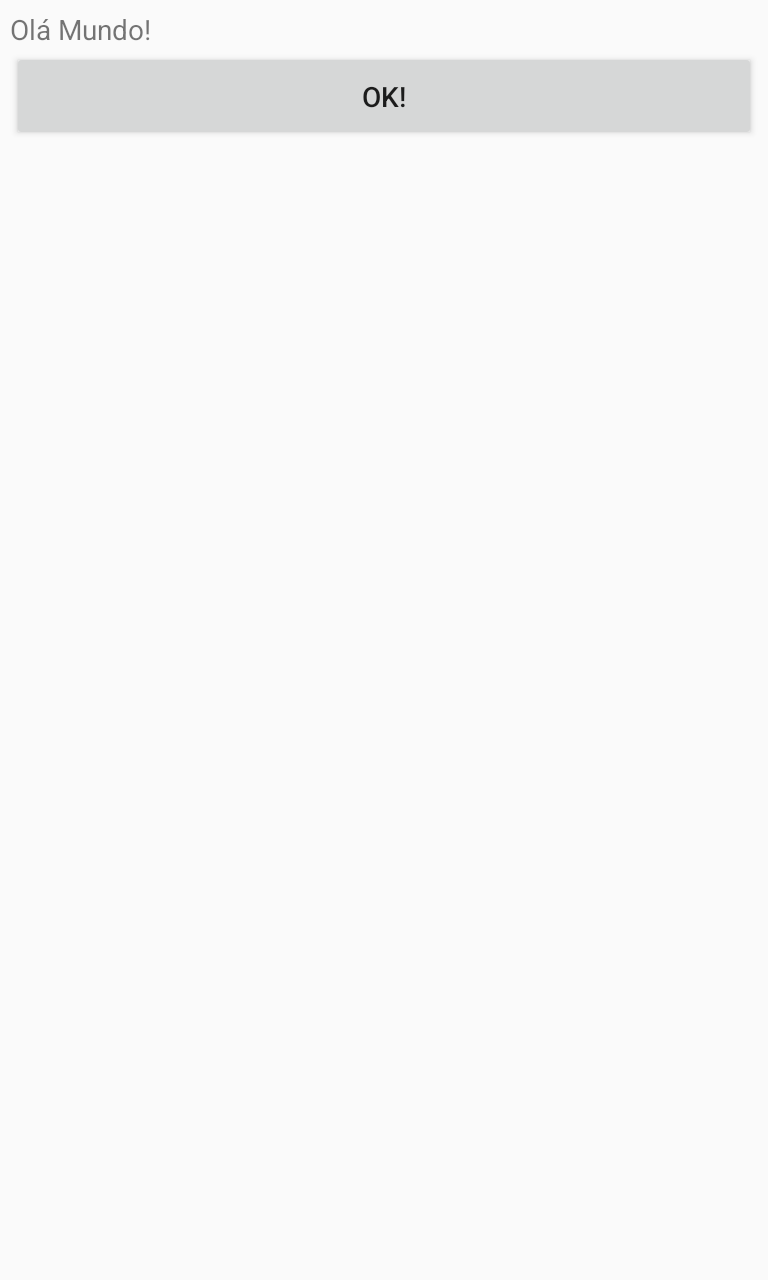
Repository: KaioWeb1/app-minhaCidade
Layout: OlaMundo/res/layout/principal.xml
An editor plug-in stored every save of this project. The layout is shown before and after the next save, followed by the edit.
It is drawn on a 768 x 1280 px phone screen (xhdpi) without system bars, with theme AppTheme; the app's code is not run.

Above is the layout before, as saved 2014-09-05 15:03:18.

After the next save:
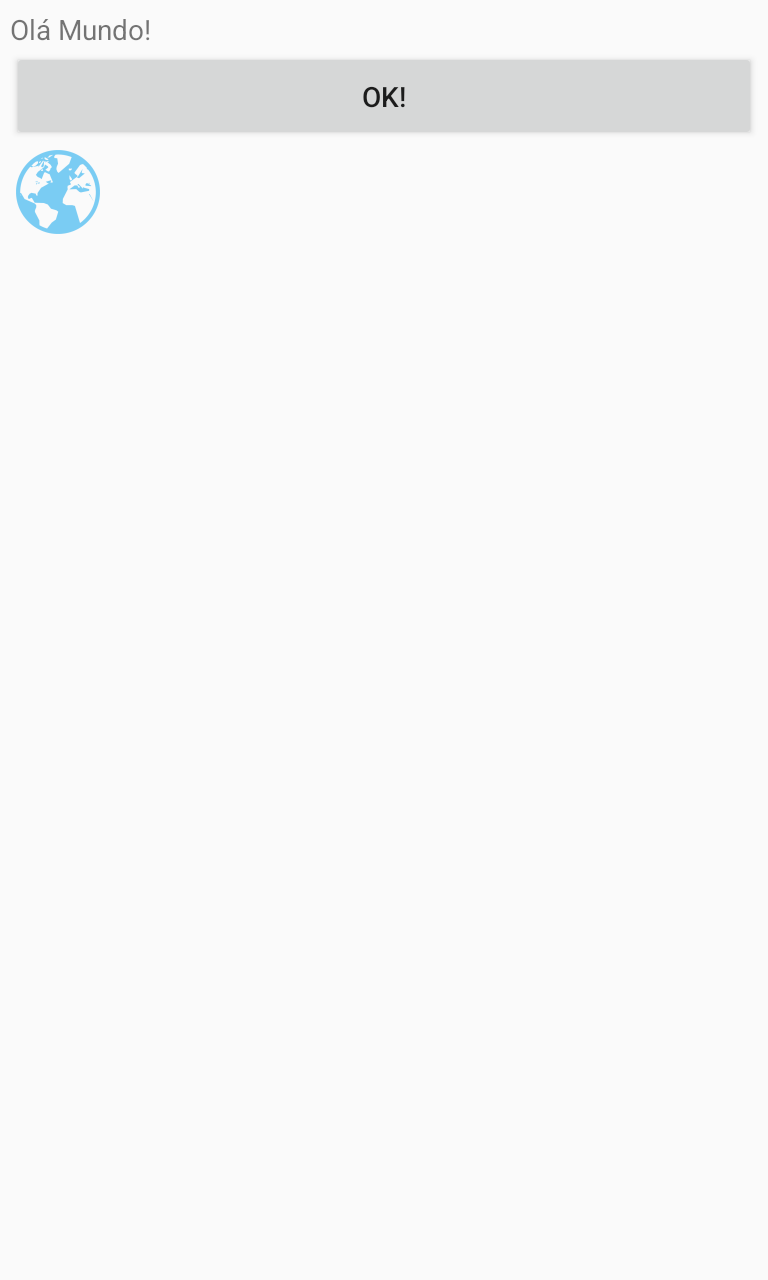
Saved 32 s later.
--- a/OlaMundo/res/layout/principal.xml
+++ b/OlaMundo/res/layout/principal.xml
@@ -24,7 +24,10 @@
         android:text="@string/ok"
         />
 
-
+    <ImageView
+        android:src="@drawable/ic_launcher"
+        android:layout_width="wrap_content"
+        android:layout_height="wrap_content"/>
 
 
 </LinearLayout>
